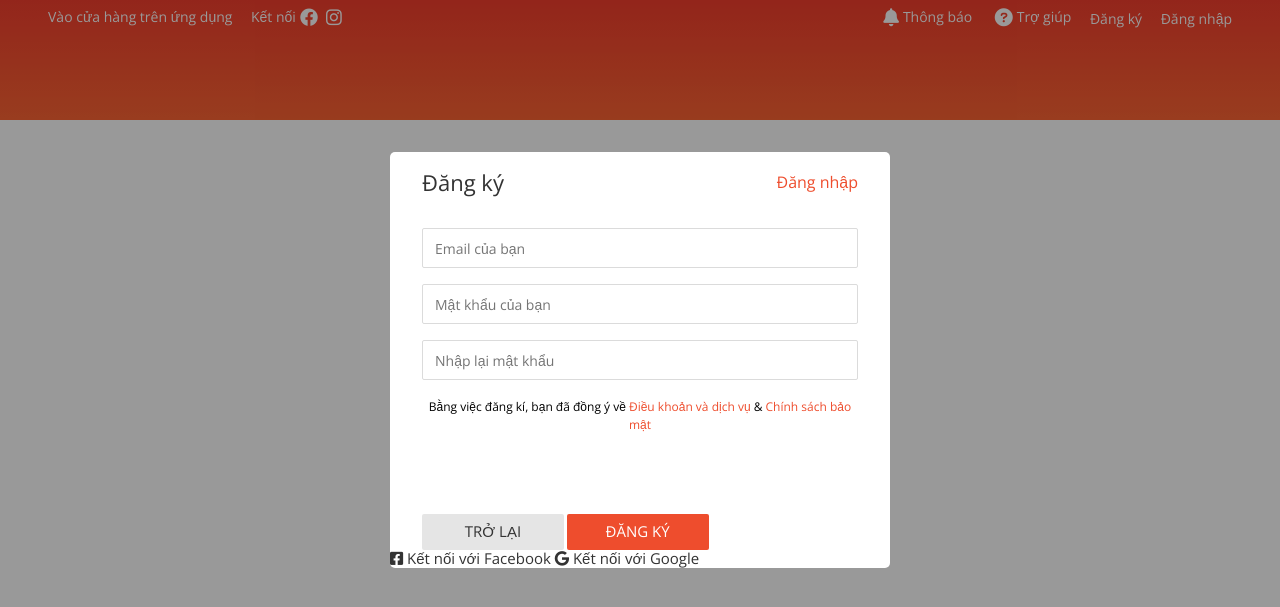
Repository: trongtamdev/Clone-Shopee-Page
Page: index.html
These files come from the project's save history. The page is drawn as it stood at one moment and after the next save; the edit follows.
The browser window is 1280 px wide. The pictures show the whole page.
The pointer rests on the first visible `.btn`.

Above is the page before, as saved 2022-07-08 21:53:24.

### index.html
<!DOCTYPE html>
<html lang="en">

<head>
    <meta charset="UTF-8">
    <meta http-equiv="X-UA-Compatible" content="IE=edge">
    <meta name="viewport" content="width=device-width, initial-scale=1.0">
    <title>Document</title>
    <link rel="stylesheet" href="https://cdnjs.cloudflare.com/ajax/libs/normalize/8.0.1/normalize.min.css">
    <link rel="stylesheet" href="assets/css/base.css">
    <link rel="stylesheet" href="assets/css/main.css">
    <link rel="stylesheet" href="assets/fonts/fontawesome-free-6.1.1/css/all.min.css">
    <link href="https://fonts.googleapis.com/css2?family=Open+Sans:wght@300;400;500;700&display=swap" rel="stylesheet">
</head>
    <div class="app">
        <header class="header">
            <div class="grid">
                <nav class="header__navbar">
                    <ul class="header__navbar-list">
                        <li class="header__navbar-item header__navbar-item--has-qr">
                            Vào cửa hàng trên ứng dụng
                            <div class="header__qr">
                                <img src="assets/img/qr_code.png" alt="QR code" class="header__qr-img">
                                <div class="header__qr-apps">
                                    <a href="" class="header__qr-link">
                                        <img src="assets/img/google_play.png" alt="Google play" class="header__qr-download-img">
                                    </a>
                                    <a href="" class="header__qr-link">
                                        <img src="assets/img/app_store.png" alt="App store" class="header__qr-download-img">
                                    </a>
                                </div>
                            </div>
                        </li>
                        <li class="header__navbar-item">
                            <span class="header__navbar-title--no-pointer">Kết nối</span>
                            <a href="" class="header__navbar-icon-link">
                                <i class="header__navbar-icon fa-brands fa-facebook"></i>
                            </a>
                            <a href="" class="header__navbar-icon-link">
                                <i class="header__navbar-icon fa-brands fa-instagram"></i>
                            </a>
                        </li>
                    </ul>

                    <ul class="header__navbar-list">
                        <li class="header__navbar-item">
                            <a href="" class="header__navbar-item-link">
                                <i class="header__navbar-icon fa-solid fa-bell"></i>
                                Thông báo</a>
                        </li>

                        <li class="header__navbar-item">
                            <a href="" class="header__navbar-item-link">
                                <i class="header__navbar-icon fa-solid fa-circle-question"></i>
                                Trợ giúp</a>
                        </li>

                        <li class="header__navbar-item header__navbar-item--strong">Đăng ký</li>
                        <li class="header__navbar-item header__navbar-item--strong">Đăng nhập</li>
                    </ul>
                </nav>
            </div>

        </header>

        <div class="container">

        </div>

        <footer class="footer">

        </footer>
    </div>
    <div class="modal">
        <div class="modal__overlay">

        </div>
        <div class="modal__body">

            <!-- Auth form -->
            <div class="auth-form">
                <div class="auth-form__container">
                    <div class="auth-form__header">
                        <h3 class="auth-form__heading">Đăng ký</h3>
                        <span class="auth-form__switch-btn">Đăng nhập</span>
                    </div>

                    <div class="auth-form__form">
                        <div class="auth-form__group">
                            <input type="text" class="auth-form__input" placeholder="Email của bạn">
                        </div>

                        <div class="auth-form__group">
                            <input type="password" class="auth-form__input" placeholder="Mật khẩu của bạn">
                        </div>

                        <div class="auth-form__group">
                            <input type="password" class="auth-form__input" placeholder="Nhập lại mật khẩu">
                        </div>
                    </div>

                    <div class="auth-form__aside">
                        <p class="auth-form__policy-text">
                            Bằng việc đăng kí, bạn đã đồng ý về
                            <a href="" class="auth-form__text-link">Điều khoản và dịch vụ</a> &
                            <a href="" class="auth-form__text-link">Chính sách bảo mật</a>
                        </p>
                    </div>

                    <div class="auth-form__controls">
                        <button class="btn">TRỞ LẠI</button>
                        <button class="btn btn--primary">ĐĂNG KÝ</button>
                    </div>
                </div>

                <div class="auth-form__socials">
                    <a href="" class="btn btn--with-icon">
                        <i class="fa-brands fa-facebook-square"></i>
                        Kết nối với Facebook
                    </a>

                    <a href="" class="btn btn--with-icon">
                        <i class="fa-brands fa-google"></i>
                        Kết nối với Google
                    </a>
                </div>
            </div>
        </div>
    </div>
<body>

</body>

</html>

### assets/css/base.css
:root {
    --white-color :#fff;
    --back-color :#000;
    --text-color : #333;
    --primary-color: #EE4D2D;
    --border-color: #dbdbdb;
}

*{
    box-sizing: inherit;
}

html {
    font-size: 62.5%;
    line-height: 1.6rem;
    font-family: 'Open Sans', sans-serif;;
    box-sizing: border-box;
}

.grid {
    width: 1200px;
    max-width: 100%;
    margin: 0 auto;
}

.grid__full-width {
    width: 100%;
}

.grid__row {
    display: flex;
    flex-wrap: wrap
}

/* Animation */
@keyframes fadeIn {
    from {
        opacity: 0;
    }to {
        opacity: 1;
    }
}

/* Modal */

.modal {
    position: fixed;
    top: 0;
    right: 0;
    bottom: 0;
    left: 0;
    display: flex;
}

.modal__overlay {
    position: absolute;
    width: 100%;
    height: 100%;
    background-color: rgba(0, 0, 0, 0.4);
}

.modal__body {

    background-color: var(--white-color);
    margin: auto;
    position: relative;
    z-index: 1;
    border-radius: 5px;
}

/* Button Style */
.btn {
    min-width: 142px;
    height: 36px;
    text-decoration: none;
    border: none;
    border-radius: 2px;
    font-size: 1.5rem;
    padding: 0;
    outline: none;
    cursor: pointer;
    color: var(--text-color);
}

.btn:hover {
    background-color: rgba(0, 0, 0, 0.1);
}


.btn.btn--primary {
    color: var(--white-color);
    background-color: var(--primary-color);
}

.btn.btn--disabled {
    color: #949494;
    cursor: default;
    background-color: #c3c3c3;
}

### assets/css/main.css
.header {
    height: 120px;
    background-image: linear-gradient(0, #fe6433, #f53e2d);
}

.header__navbar {
    display: flex;
    justify-content: space-between;
}

.header__navbar-list {
    list-style: none;
    padding: 0;
    margin-top: 4px;
}

.header__navbar-item {
    margin: 0 8px;
    position: relative;
    min-height: 26px;
}

.header__navbar-item--has-qr:hover .header__qr {
    display: block;
}

.header__navbar-item,
.header__navbar-item-link{
    display: inline-block;
    font-size: 1.4rem;
    color :var(--white-color);
    text-decoration: none;
    font-weight: 300;
}

.header__navbar-item,
.header__navbar-item-link,
.header__navbar-icon-link {
    display: inline-flex;
    align-items: center;
}

.header__navbar-item:hover,
.header__navbar-item-link:hover,
.header__navbar-icon-link:hover{
    cursor: pointer;
    color: rgba(255, 255, 255, 0.7);
}

.header__navbar-item--strong {
    font-weight: 400;
}


.header__navbar-icon-link {
    color: var(--white-color);
    text-decoration: none;
}

.header__navbar-icon {
    font-size: 1.8rem;
    margin: 0 4px;
}

.header__navbar-title--no-pointer {
    color: var(--white-color);
    cursor: text;
}

/* Header QR code */

.header__qr {
    width: 186px;
    background-color: var(--white-color);
    position: absolute;
    left: 0;
    top: 118%;
    padding: 8px;
    border-radius: 2px;
    display: none;
    animation: fadeIn ease-in 0.5s;
}

.header__qr::before {
    position: absolute;
    left: 0;
    top: -16px;
    width: 100%;
    height: 20px;
    content: "";
    display: block;
}

.header__qr-img {
    width: 100%;
}

.header__qr-apps {
    display: flex;
}

.header__qr-link:nth-child(1) {
    margin-left: 11px;
}

.header__qr-link:nth-child(2) {
    margin-right: 11px;
}

.header__qr-download-img {
    height: 18px;
}


/* Authen Modal */

.auth-form {
    width: 500px;

}


.auth-form__container {
    padding: 0 32px;
}

.auth-form__header {
    display: flex;
    align-items: center;
    justify-content: space-between;
}

.auth-form__heading {
    font-size: 2.2rem;
    font-weight: 400;
    color: var(--text-color);
}

.auth-form__switch-btn {
    font-size: 1.6rem;
    font-weight: 400;
    color: var(--primary-color);
    cursor: pointer;
}

.auth-form__form {

}

.auth-form__input {
    width: 100%;
    height: 40px;
    margin-top: 16px;
    padding: 0 12px;
    font-size: 1.4rem;
    border: 1px solid var(--border-color);
    border-radius: 2px;
    outline: none;
}

.auth-form__input:focus {
    border-color: #777;
}

.auth-form__aside {
    margin-top: 18px;
}

.auth-form__policy-text {
    font-size: 1.2rem;
    line-height: 1.8rem;
    text-align: center;
    padding: 0 12pxs;
}

.auth-form__text-link {
    text-decoration: none;
    color: var(--primary-color);
}

.auth-form__controls {
    margin-top: 80px;
}

Loaded but not shown: assets/fonts/fontawesome-free-6.1.1/css/all.min.css (library)

After the next save:
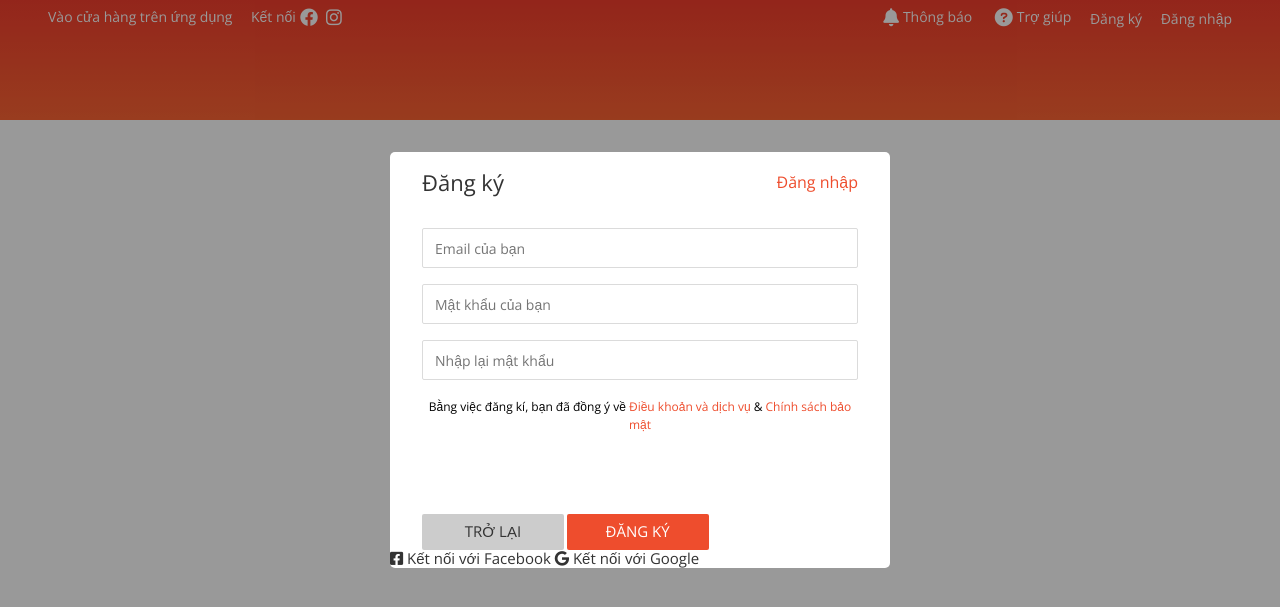
Saved 5 s later.
--- a/assets/css/base.css
+++ b/assets/css/base.css
@@ -83,7 +83,7 @@ html {
 }
 
 .btn:hover {
-    background-color: rgba(0, 0, 0, 0.1);
+    background-color: rgba(0, 0, 0, 0.2);
 }
 
 
